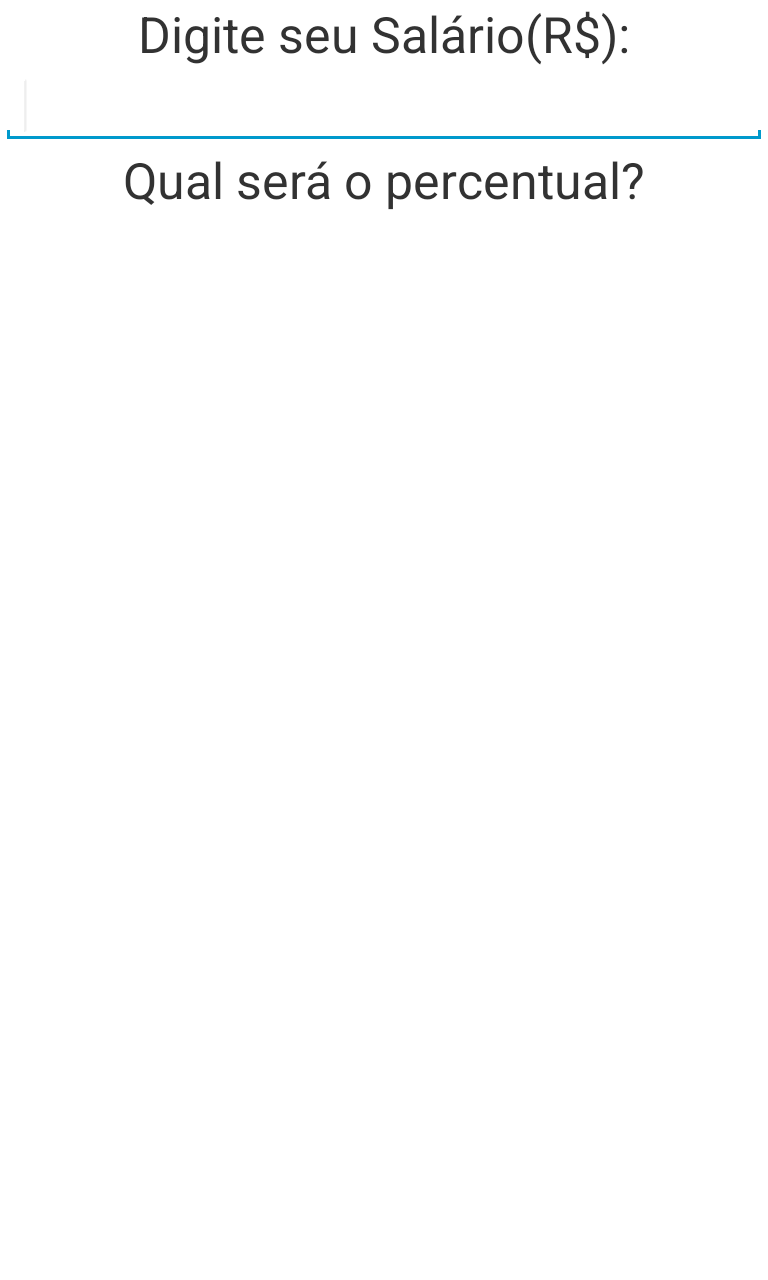
Repository: Rennanxp2/Android_Exercices_done
Layout: Exercícios Android 2/Ex3/res/layout/activity_salario.xml
An editor plug-in stored every save of this project. The layout is shown before and after the next save, followed by the edit.
It is drawn on a 768 x 1280 px phone screen (xhdpi) without system bars, with theme AppTheme; the app's code is not run.

Above is the layout before, as saved 2017-09-26 04:18:59.

After the next save:
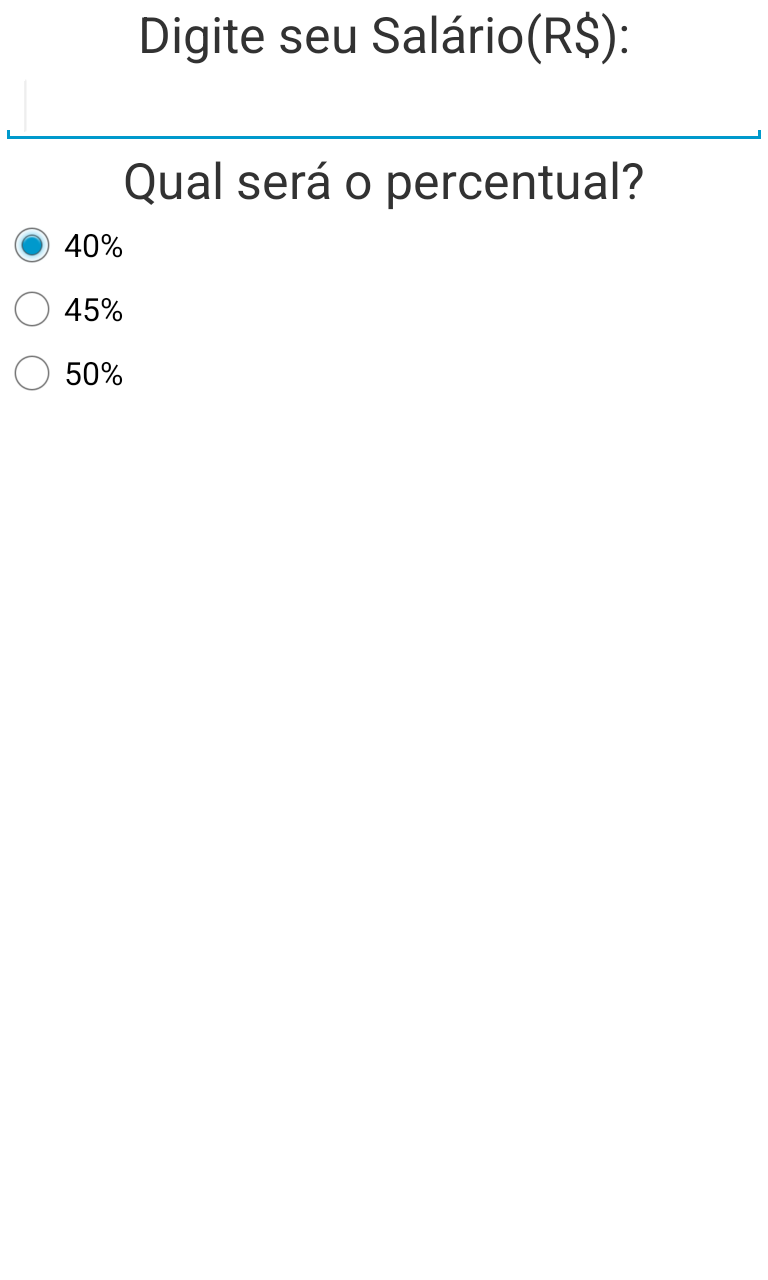
Saved 9 h 21 min later.
--- a/Exercícios Android 2/Ex3/res/layout/activity_salario.xml
+++ b/Exercícios Android 2/Ex3/res/layout/activity_salario.xml
@@ -8,23 +8,22 @@
 
     <LinearLayout
         android:layout_width="match_parent"
-        android:gravity="center"
-        android:layout_height="wrap_content" >
+        android:layout_height="wrap_content"
+        android:gravity="center" >
 
         <TextView
             android:id="@+id/textView1"
             android:layout_width="wrap_content"
             android:layout_height="wrap_content"
             android:layout_gravity="center"
-            android:textSize="25dp"
-            android:text="Digite seu Salário(R$):" />
-
+            android:text="Digite seu Salário(R$):"
+            android:textSize="25dp" />
     </LinearLayout>
 
     <LinearLayout
         android:layout_width="match_parent"
-        android:gravity="center"
-        android:layout_height="wrap_content" >
+        android:layout_height="wrap_content"
+        android:gravity="center" >
 
         <EditText
             android:id="@+id/editText1"
@@ -35,22 +34,45 @@
 
             <requestFocus />
         </EditText>
-
     </LinearLayout>
 
     <LinearLayout
         android:layout_width="match_parent"
-        android:gravity="center"
-        android:layout_height="wrap_content" >
+        android:layout_height="wrap_content"
+        android:gravity="center" >
 
         <TextView
             android:id="@+id/textView2"
             android:layout_width="wrap_content"
             android:layout_height="wrap_content"
             android:layout_gravity="center"
-            android:textSize="25dp"
-            android:text="Qual será o percentual?" />
-
+            android:text="Qual será o percentual?"
+            android:textSize="25dp" />
     </LinearLayout>
 
+    <RadioGroup
+        android:id="@+id/radioGroup1"
+        android:layout_width="wrap_content"
+        android:layout_height="wrap_content" >
+
+        <RadioButton
+            android:id="@+id/radio0"
+            android:layout_width="wrap_content"
+            android:layout_height="wrap_content"
+            android:checked="true"
+            android:text="40%" />
+
+        <RadioButton
+            android:id="@+id/radio1"
+            android:layout_width="wrap_content"
+            android:layout_height="wrap_content"
+            android:text="45%" />
+
+        <RadioButton
+            android:id="@+id/radio2"
+            android:layout_width="wrap_content"
+            android:layout_height="wrap_content"
+            android:text="50%" />
+    </RadioGroup>
+
 </LinearLayout>
